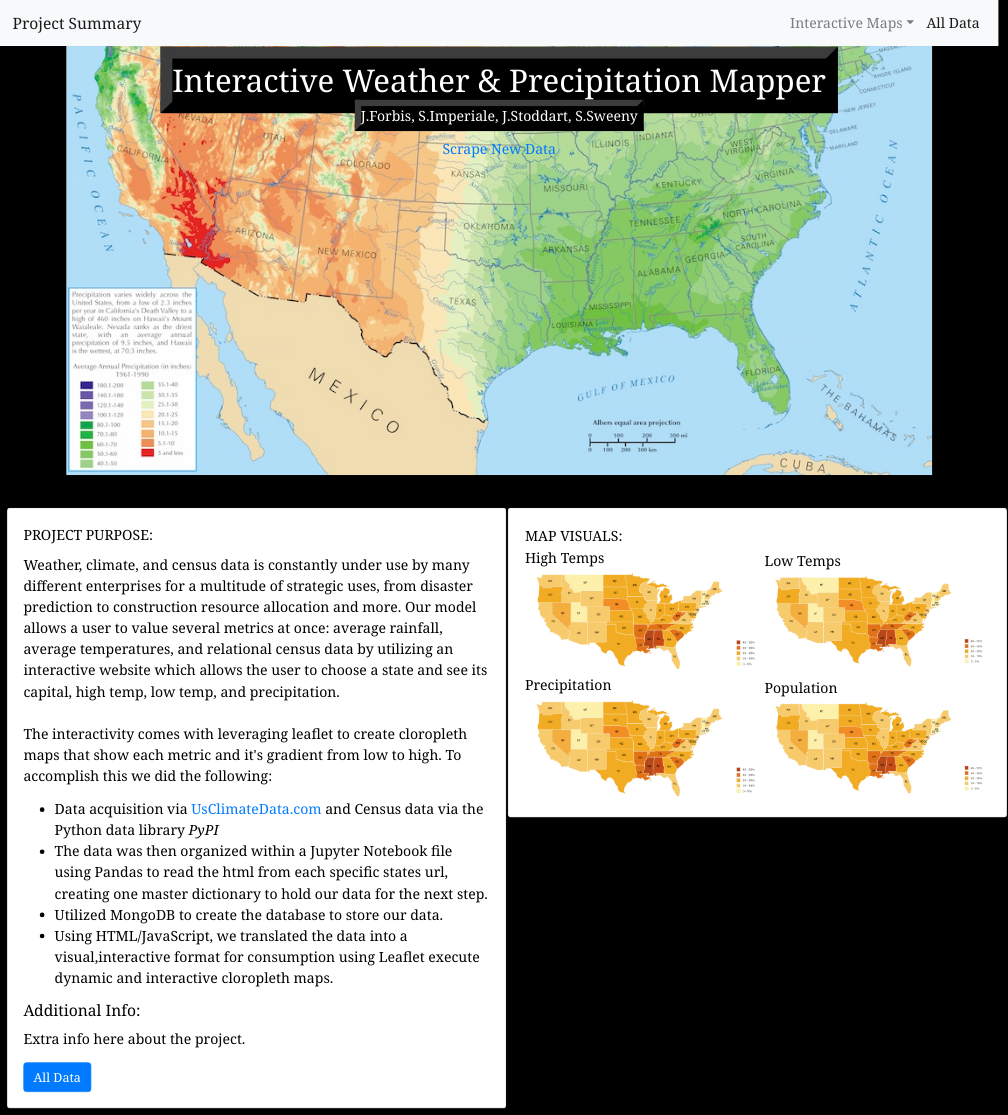
Repository: jforbis/project3-weathermap
Page: templates/index.html
The author's editor kept a copy of each file at every save. The page is drawn from the files as they stood at one save, then again after the next save.
The browser window is 1280 px wide. The page is 1292 px wide, so the pictures cover 1292 px, including what lies to the right of the window. The pictures show the whole page, at 78% of full size.
Backgrounds fixed to the window are drawn as part of the page. The template is drawn by Flask 3. The application's start-up code is not run. The template is opened directly, without the code that normally fills it, so the values that code supplies are empty.

Above is the page before, as saved 2021-03-16 00:20:59.

After the next save:
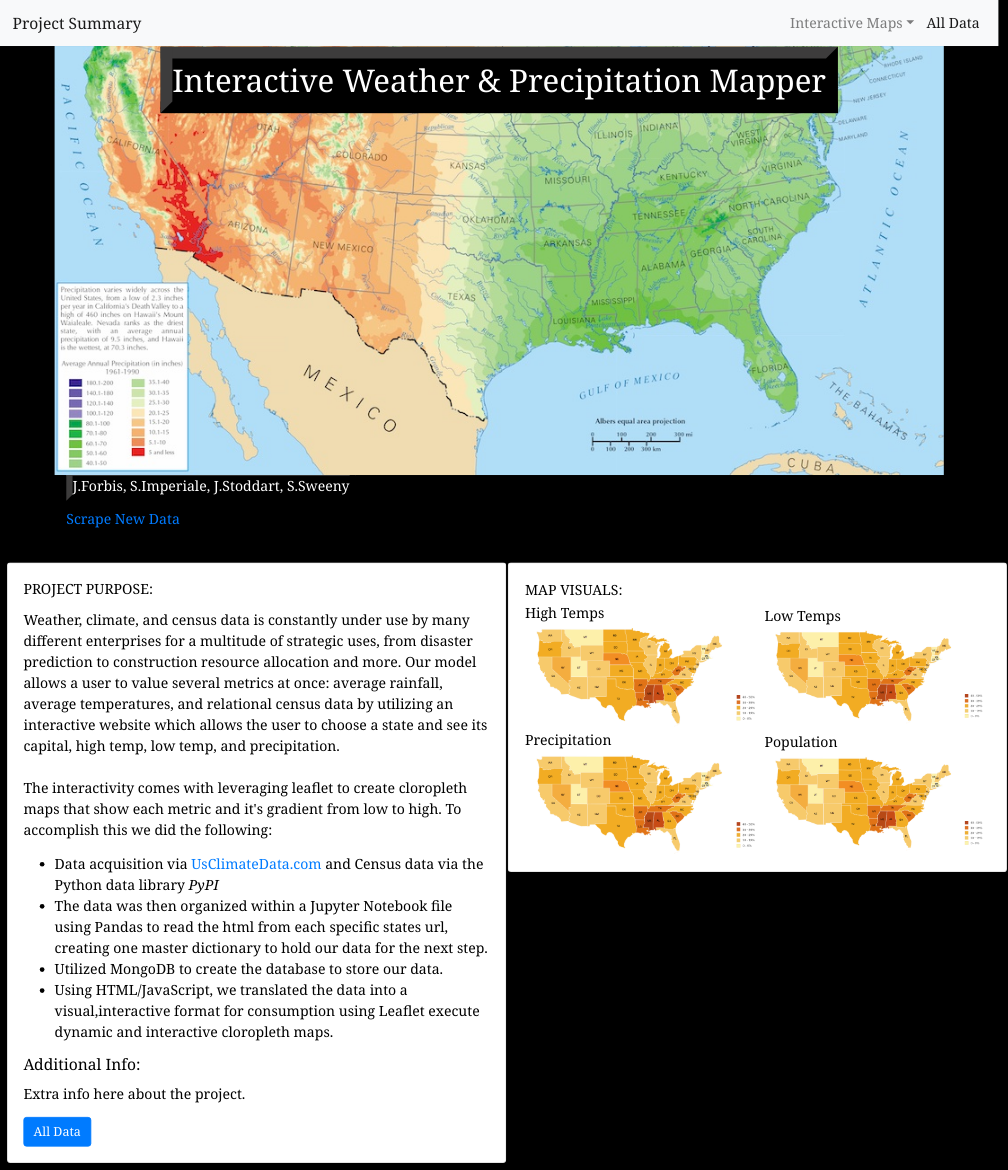
Saved 100 s later.
--- a/templates/index.html
+++ b/templates/index.html
@@ -38,6 +38,7 @@
 </nav>
 <!-- First div is a container for the title and scraper button -->
 <div class="container">
+    <div class="row">
     <div class="hero text-center col-md-12" style="position: center;
     height: 550px;
     padding: 20px;
@@ -53,6 +54,8 @@
             border: 15px #3d3c3c;
             margin: 10px;
             border-style: outset">Interactive Weather & Precipitation Mapper</span></h1>
+    </div>
+</div>
         <p><span class="title2" style="background-color: black;
             color: white;
             width: 300px;
